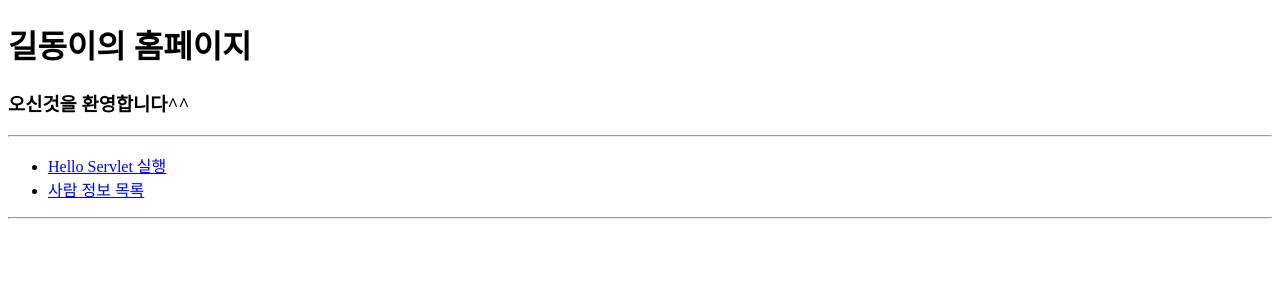
Repository: kkw2758/Front-end
Page: http://localhost/jsp_suvlet_ex01/
These files come from the project's save history. The page is drawn as it stood at one moment and after the next save; the edit follows.
The browser window is 1280 px wide. The pictures show the whole page.
The page is served by Tomcat 9.

Above is the page before, as saved 2023-02-27 02:42:34.

After the next save:
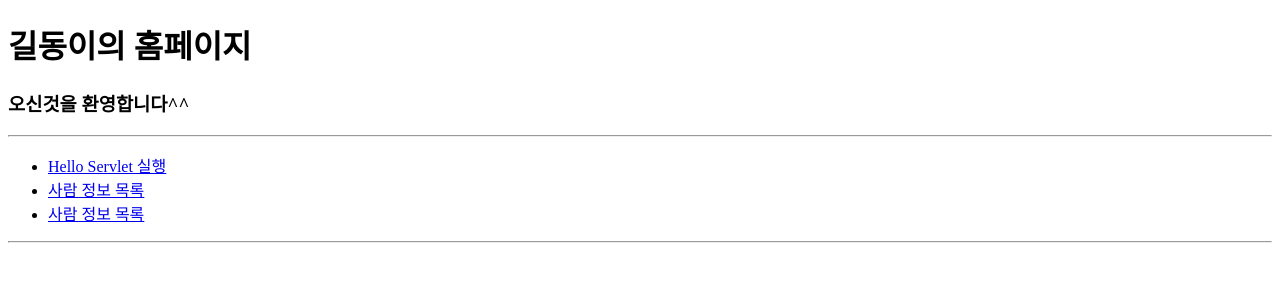
Saved 20 s later.
--- a/backend_work/JAVA/day02/jsp_suvlet_ex01/webapp/index.jsp
+++ b/backend_work/JAVA/day02/jsp_suvlet_ex01/webapp/index.jsp
@@ -14,6 +14,7 @@
 	<!-- web.xml의 ulr-pattern에서는 "/"를 반드시 넣어줘야함 -->
 		<li><a href="hello">Hello Servlet 실행</a></li>
 		<li><a href="list.saram">사람 정보 목록</a></li>
+		<li><a href="board/list.do">사람 정보 목록</a></li>
 	</ul>
 	<hr/>
 </body>
